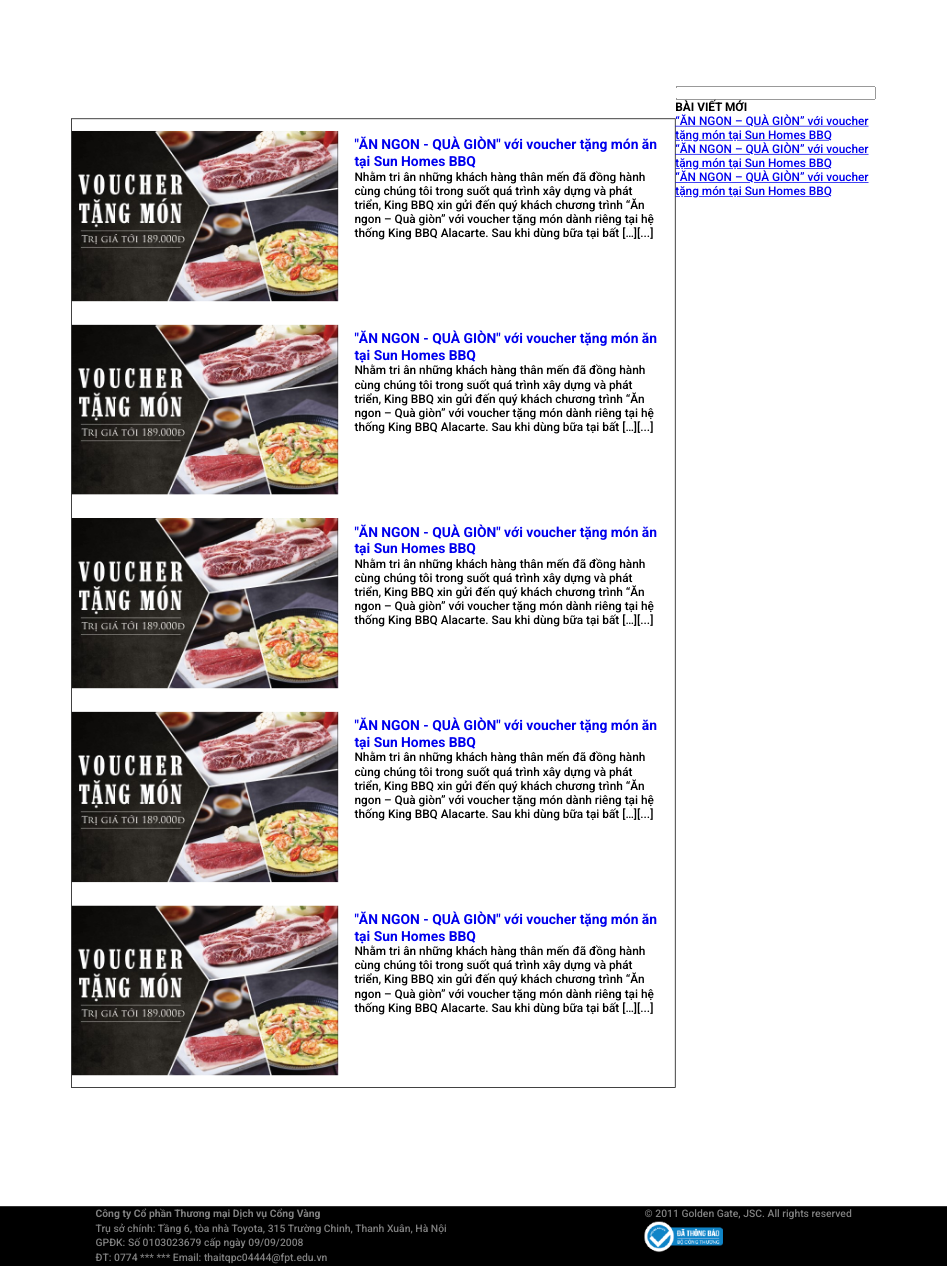
Repository: QUANGTHAI2003/sunhomesbbq
Page: TinTuc.html
The author's editor kept a copy of each file at every save. The page is drawn from the files as they stood at one save, then again after the next save.
The browser window is 1280 px wide. The pictures show the whole page, at 74% of full size.
Some web fonts or font styles are not loaded; a fallback is used.

Above is the page before, as saved 2022-02-15 15:36:40.

### TinTuc.html
<!DOCTYPE html>
<html lang="en">
<head>
    <meta charset="UTF-8">
    <meta http-equiv="X-UA-Compatible" content="IE=edge">
    <meta name="viewport" content="width=device-width, initial-scale=1.0">
    <link href='https://unpkg.com/boxicons@2.1.1/css/boxicons.min.css' rel='stylesheet'>
    <link href="https://fonts.googleapis.com/css2?family=Roboto:wght@300;500;700&display=swap" rel="stylesheet">
    <link href="https://fonts.googleapis.com/css2?family=Berkshire+Swash&display=swap" rel="stylesheet">
    <link rel="stylesheet" href="style.css">
    <title>Document</title>
</head>
<body>
    <div class="wrapper">
        <div class="TT">
            <div class="news">
                <div class="post">
                    <img src="./img/news1.jpg" alt="">
                    <div class="content-news">
                        <a href="#">
                            <h3 class="heading-TT">"ĂN NGON - QUÀ GIÒN" với voucher tặng món ăn tại Sun Homes BBQ</h3>
                        </a>
                        <p>Nhằm tri ân những khách hàng thân mến đã đồng hành cùng chúng tôi trong suốt quá trình xây dựng và phát triển, King BBQ
                        xin gửi đến quý khách chương trình “Ăn ngon – Quà giòn” với voucher tặng món dành riêng tại hệ thống King BBQ Alacarte.
                        Sau khi dùng bữa tại bất […][...]</p>
                    </div>
                </div>
                <div class="post">
                    <img src="./img/news1.jpg" alt="">
                    <div class="content-news">
                        <a href="#">
                            <h3 class="heading-TT">"ĂN NGON - QUÀ GIÒN" với voucher tặng món ăn tại Sun Homes BBQ</h3>
                        </a>
                        <p>Nhằm tri ân những khách hàng thân mến đã đồng hành cùng chúng tôi trong suốt quá trình xây dựng và phát triển,
                            King BBQ
                            xin gửi đến quý khách chương trình “Ăn ngon – Quà giòn” với voucher tặng món dành riêng tại hệ thống King BBQ
                            Alacarte.
                            Sau khi dùng bữa tại bất […][...]</p>
                    </div>
                </div>
                <div class="post">
                    <img src="./img/news1.jpg" alt="">
                    <div class="content-news">
                        <a href="#">
                            <h3 class="heading-TT">"ĂN NGON - QUÀ GIÒN" với voucher tặng món ăn tại Sun Homes BBQ</h3>
                        </a>
                        <p>Nhằm tri ân những khách hàng thân mến đã đồng hành cùng chúng tôi trong suốt quá trình xây dựng và phát triển,
                            King BBQ
                            xin gửi đến quý khách chương trình “Ăn ngon – Quà giòn” với voucher tặng món dành riêng tại hệ thống King BBQ
                            Alacarte.
                            Sau khi dùng bữa tại bất […][...]</p>
                    </div>
                </div>
                <div class="post">
                    <img src="./img/news1.jpg" alt="">
                    <div class="content-news">
                        <a href="#">
                            <h3 class="heading-TT">"ĂN NGON - QUÀ GIÒN" với voucher tặng món ăn tại Sun Homes BBQ</h3>
                        </a>
                        <p>Nhằm tri ân những khách hàng thân mến đã đồng hành cùng chúng tôi trong suốt quá trình xây dựng và phát triển,
                            King BBQ
                            xin gửi đến quý khách chương trình “Ăn ngon – Quà giòn” với voucher tặng món dành riêng tại hệ thống King BBQ
                            Alacarte.
                            Sau khi dùng bữa tại bất […][...]</p>
                    </div>
                </div>
                <div class="post">
                    <img src="./img/news1.jpg" alt="">
                    <div class="content-news">
                        <a href="#">
                            <h3 class="heading-TT">"ĂN NGON - QUÀ GIÒN" với voucher tặng món ăn tại Sun Homes BBQ</h3>
                        </a>
                        <p>Nhằm tri ân những khách hàng thân mến đã đồng hành cùng chúng tôi trong suốt quá trình xây dựng và phát triển,
                            King BBQ
                            xin gửi đến quý khách chương trình “Ăn ngon – Quà giòn” với voucher tặng món dành riêng tại hệ thống King BBQ
                            Alacarte.
                            Sau khi dùng bữa tại bất […][...]</p>
                    </div>
                </div>
            </div>
            <div class="search-news">
                <input type="search" name="" id="">
                <p><strong>BÀI VIẾT MỚI</strong></p>
                <a href="#">“ĂN NGON – QUÀ GIÒN” với voucher tặng món tại Sun Homes BBQ</a>
                <a href="#">“ĂN NGON – QUÀ GIÒN” với voucher tặng món tại Sun Homes BBQ</a>
                <a href="#">“ĂN NGON – QUÀ GIÒN” với voucher tặng món tại Sun Homes BBQ</a>
            </div>
        </div>
    </div>
    <div class="footer">
        <div class="copyright">
            <div class="address">
                <b>Công ty Cổ phần Thương mại Dịch vụ Cổng Vàng</b> <br>
                Trụ sở chính: Tầng 6, tòa nhà Toyota, 315 Trường Chinh, Thanh Xuân, Hà Nội <br>
                GPĐK: Số 0103023679 cấp ngày 09/09/2008 <br>
                ĐT: 0774 *** *** Email: thaitqpc04444@fpt.edu.vn <br>
            </div>
            <div class="logo-footer">
                © 2011 Golden Gate, JSC. All rights reserved <br>
                <img src="img/logo.png" alt="">
            </div>
        </div>
    </div>
</body>
</html>

### style.css
* {
    margin: 0;
    padding: 0;
    box-sizing: border-box;
}

html {
    scroll-behavior: smooth;
    font-family: 'Roboto', sans-serif;
}
.container {
    overflow: hidden;
}

.header {
    height: 100px;
    background-color: #000;
    position: fixed;
    top: 0;
    right: 0;
    left: 0;
}

.header img {
    padding: 8px;
    width: 350px;
}
/* Navigation bar */

.nav {
    max-width: 85%;
    display: flex;
    flex-wrap: wrap;
}

#logo {
    float: left;
    padding: 0 100px;
}

@media screen and (max-width: 1400px) {
    #logo {
        padding: 6px 50px;
    }
    .header img {
        width: 300px;
    }
    .nav a {
        font-size: 14px;
    }
}

.nav > ul {
    flex-wrap: wrap;
}

.nav li {
    list-style: none;
    line-height: 100px;
    font-weight: 500;
}

.nav li a {
    color: #c6c6c6;
    padding: 6px 15px;
    text-decoration: none;
}
.nav li a:active,
.nav li a:hover {
    color: #f3e385;
    font-weight: bold;
}
.nav li:active a {
    color: #f3e385;
    font-weight: bold;
}

.nav li:last-child a {
    border: 1px solid #c6c6c6;
    border-radius: 5px;
    text-transform: none;
}

.nav li:last-child a:hover {
    background-color: #f3e385;
    color: #000;
}
/* Content */
.content {
    height: 100vh;
}

.section-heading {
    font-family: 'Berkshire Swash', cursive;
    font-size: 30px;
    letter-spacing: 2px;
    word-spacing: 8px;
}

.content-section-sunhomes {
    display: flex;
    max-width: 85%;
    background-size: cover;
    background-position: 50% 50%;
    margin: 0 auto;
    padding: 24px;
}

.section-left-sunhomes {
    padding: 0 15px 30px;
    width: 50%;
}

.section-left-sunhomes .section-heading {
    font-size: 50px;
    margin: 0 0 15px;
}

.section-left-sunhomes .section-content {
    font-size: 16px;
    margin: 0 0 20px;
    line-height: 1.4;
    color: #777777;
}

.section-left-sunhomes .section-content span {
    font-weight: 700;
}
.section-images-sunhomes {
    flex-basis: 50%;
}

.section-images-sunhomes img {
    width: 300px;
    height: 400px;
    flex-basis: 50%;
    padding: 15px;
}

@media screen and (max-width: 1480px) {
    .section-images-sunhomes img {
        width: 280px;
    }
}

@media screen and (max-width: 1400px) {
    .section-images-sunhomes img {
        width: 250px;
    }
}

@media screen and (max-width: 1280px) {
    .section-images-sunhomes img {
        width: 200px;
    }
}

.img-1 {
    display: inline-block;
    overflow: hidden;
    position: relative;
}

.img-1 img {
    transition: all 0.5s ease-in-out;
}

.img-1:hover img {
    -webkit-transform: scale(1.1);
    transform: scale(1.1);
}

.img-2 {
    display: inline-block;
    overflow: hidden;
    position: relative;
}

.img-2 img {
    transition: all 0.5s ease-in-out;
}

.img-2:hover img {
    -webkit-transform: scale(1.1);
    transform: scale(1.1);
}

.content-section-menu {
    display: flex;
    max-width: 85%;
    background-size: cover;
    background-position: 50% 50%;
    margin: 0 auto;
    padding: 24px;
}
.section-images-menu {
    display: flex;
}

.section-right-menu {
    flex: 1;
    padding: 30px 30px;
}

.section-right-menu .section-heading {
    color: #c0c0c0;
    font-size: 50px;
    margin: 0 15px;
}

.section-right-menu .section-content {
    font-size: 16px;
    margin: 0 20px;
    line-height: 1.4;
    color: #777777;
}

.section-right-menu .section-content span {
    font-weight: 700;
}
.section-images-menu {
    flex: 1;
}

.img-3 {
    filter: grayscale(100%);
}

.img-3:hover {
    filter: grayscale(0%);
    transition: 0.8s;
}

.img-4 {
    filter: grayscale(100%);
}

.img-4:hover {
    filter: grayscale(0%);
    transition: 0.8s;
}

.img-5 {
    filter: grayscale(100%);
}

.img-5:hover {
    filter: grayscale(0%);
    transition: 0.8s;
}

.img-6 {
    filter: grayscale(100%);
}

.img-6:hover {
    filter: grayscale(0%);
    transition: 0.8s;
}

.section-images-menu img {
    width: 280px;
    height: 200px;
    flex-basis: 25%;
    padding: 15px;
}

.bg-menu {
    background-color: #000;
    height: 480px;
}

.btn-menu {
    display: inline-block;
    color: #c0c0c0;
    font-size: 18px;
    padding: 10px 20px;
    border: 1px solid #c6c6c6;
    border-radius: 5px;
    text-transform: none;
    margin: 12px 20px;
}

.btn-menu:hover {
    color: #555;
    background: #ccc;
    font-weight: bold;
}

.btn-menu .icon-menu {
    color: #c0c0c0;
    font-size: 16px;
}

.btn-menu:hover .icon-menu {
    color: #555;
    background: #ccc;
    font-weight: bold;
}

.icon-menu:hover {
    color: #ccc;
    background: #000;
}

.btn-res {
    display: inline-block;
    color: #727272;
    font-size: 18px;
    padding: 10px 20px;
    border: 1px solid #727272;
    border-radius: 5px;
    text-transform: none;
    font-weight: bold;
}

.btn-res:hover {
    color: #ccc;
    background: #555;
    font-weight: bold;
}

.btn-res .icon-menu {
    color: #000;
    font-size: 16px;
}

/* Footer */
.footer {
    background: #000;
    font-size: 14px;
    line-height: 1.4;
}

.copyright {
    display: flex;
    max-width: 80%;
    margin: 0 auto;
    justify-content: space-between;
    color: #ffffff80;
    padding: 1px;
    bottom: 0;
    top: 0;
}

.sign-now {
    background: url(./img/banner.jpg);
    background-color: rgba(0, 0, 0, 0.84);
    width: 100%;
    height: 100px;
    background-size: 100%;
}

.endow {
    max-width: 80%;
    margin: 0 auto;
    opacity: 1;
}

.sign-now span {
    color: black;
    line-height: 100px;
    margin: 0 20px;
    font-size: 18px;
    font-weight: 500;
}

.sign-now .endow #Email {
    width: 360px;
    height: 40px;
    border-radius: 20px;
    padding: 0 15px;
    margin: 0 5px 0 120px;
    background: rgba(204, 204, 204, 0.4);
    outline: none;
}

.sign-now .endow #Email::placeholder {
    color: #fff;
    font-size: 18px;
}

.sign-now .endow #sign {
    width: 150px;
    height: 40px;
    border-radius: 8px;
    background: #f3e385;
}

.sign-now .endow #sign::placeholder {
    color: #000;
    font-size: 18px;
    font-weight: bold;
}

.sign-now .endow #sign:hover {
    opacity: 0.8;
}

@media screen and (max-width: 1400px) {
    .sign-now span {
        font-size: 16px;
    }

    .sign-now .endow #Email {
        margin: 0 5px 0 60px;
        width: 200px;
    }

    .sign-now .endow #sign {
        width: 120px;
    }
}

.brand {
    display: flex;
    height: 100px;
    justify-content: space-between;
    align-items: center;
    margin: 0 auto;
    max-width: 85%;
}

.brand img {
    width: 8%;
    height: 50px;
}

.brand1 {
    filter: grayscale(100%);
}

.brand1:hover {
    filter: grayscale(0%);
    transition: 0.8s;
}

.brand2 {
    filter: grayscale(100%);
}

.brand2:hover {
    filter: grayscale(0%);
    transition: 0.8s;
}

.brand3 {
    filter: grayscale(100%);
}

.brand3:hover {
    filter: grayscale(0%);
    transition: 0.8s;
}

.brand4 {
    filter: grayscale(100%);
}

.brand4:hover {
    filter: grayscale(0%);
    transition: 0.8s;
}

.brand5 {
    filter: grayscale(100%);
}

.brand5:hover {
    filter: grayscale(0%);
    transition: 0.8s;
}

.brand6 {
    filter: grayscale(100%);
}

.brand6:hover {
    filter: grayscale(0%);
    transition: 0.8s;
}

.brand7 {
    filter: grayscale(100%);
}

.brand7:hover {
    filter: grayscale(0%);
    transition: 0.8s;
}

.brand8 {
    filter: grayscale(100%);
}

.brand8:hover {
    filter: grayscale(0%);
    transition: 0.8s;
}

.brand9 {
    filter: grayscale(100%);
}

.brand9:hover {
    filter: grayscale(0%);
    transition: 0.8s;
}

.brand10 {
    filter: grayscale(100%);
}

.brand10:hover {
    filter: grayscale(0%);
    transition: 0.8s;
}

#myBtn {
    position: fixed;
    bottom: 30px;
    right: 10px;
    float: right;
    right: 5%;
    left: 95%;
    max-width: 30px;
    width: 80px;
    height: 30px;
    font-size: 20px;
    border-color: rgba(85, 85, 85, 0.2);
    background-color: rgb(100, 100, 100);
    padding: 1px;
    border-radius: 60px;
}

.arrow {
    font-size: 20px;
    padding: 1px 0;
}

#myBtn:hover {
    opacity: 0.8;
}

/* Gioi Thieu */
.wrapper {
    display: flex;
    max-width: 85%;
    margin: 0 auto;
}

.heading-GT {
    display: inline-block;
    font-size: 24px;
    padding: 10px 90px;
    font-weight: bold;
}

.para-GT {
    line-height: 1.4;
    margin: 20px 0;
    color: #777777;
}

.Gioi-Thieu1,
.Gioi-Thieu2 {
    width: 600px;
    margin: 30px 30px;
}

.Gioi-Thieu1 img,
.Gioi-Thieu2 img {
    width: 600px;
}

@media screen and (max-width: 1400px) {
    .Gioi-Thieu1,
    .Gioi-Thieu2 {
        width: 500px;
        margin: 30px 15px;
    }

    .Gioi-Thieu1 img,
    .Gioi-Thieu2 img {
        width: 500px;
    }

    .heading-GT {
        display: inline-block;
        font-size: 20px;
        padding: 10px 70px;
        font-weight: bold;
    }
}

/* Dat Ban */

.DB {
    display: flex;
}

.set-table {
    margin: 30px 12px;
    flex: 1;
}

.set-table p {
    margin: 16px 0;
}

.set-table ul {
    list-style: none;
    margin-bottom: 80px;
}

.set-table ul li {
    margin: 8px 0;
    padding: 6px;
    border-bottom: 1px solid rgba(0, 0, 0, 0.4);
    color: #777777;
    font-size: 16px;
}

.set-table ul li .arrow-right {
    margin-right: 6px;
}

.heading-DB {
    font-size: 40px;
    font-family: 'Berkshire Swash';
}

.set-table-info {
    margin: 25px 12px 15px;
    flex: 1;
}

.set-table-info input {
    border: 1px solid #c6c6c6;
    display: inline-block;
    width: 90%;
    height: 40px;
    margin: 8px 0;
    border-radius: 4px;
    padding: 0 5px;
    outline: none;
    box-shadow: rgba(0, 0, 0, 0.35) 0px 5px 15px;
}

.set-table-info input:focus {
    box-shadow: inset rgba(0, 0, 0, 0.35) 0px 5px 15px;
}

.wrapper .set-table-info #sign {
    width: 140px;
    background-color: #f3e385;
    font-size: 16px;
}

.wrapper .set-table-info #sign:hover {
    box-shadow: inset rgba(0, 0, 0, 0.35) 0px 5px 15px;
    opacity: 0.8;
    cursor: pointer;
    font-weight: bold;
}

/* Thuc don */

.heading-menu {
    display: inline-block;
    position: relative;
    left: 50%;
    transform: translateX(-50%);
    font-size: 36px;
    font-weight: bold;
    padding: 24px;
}

.heading-food {
    margin: 10px 12px;
    font-size: 26px;
    font-weight: bold;
}

.contain {
    width: 85%;
    margin: 0 auto;
    padding: 40px;
    border: 1px solid #c6c6c6;
}

.menu-foods {
    display: flex;
    flex-wrap: wrap;
}

.menu-food {
    width: 360px;
    height: 200px;
    margin: 0 20px 520px 20px;
}

.menu-food .food {
    width: 380px;
    border-radius: 4px;
}

.list-food ul {
    list-style: none;
}

.list-food ul li {
    font-size: 18px;
    border-bottom: 1px solid rgba(148, 134, 134, 0.26);
    padding: 5px 0;
}

.list-food ul li .bx-check {
    margin: 0 8px;
    color: rgba(16, 134, 5, 0.6);
    font-weight: bold;
    font-size: 24px;
}

/* Tuyen dung */

.TD {
    display: flex;
    margin-bottom: 10px;
}

.heading-recruit {
    font-size: 40px;
    font-weight: bold;
    font-family: 'Berkshire Swash';
    padding-top: 20px;
}

.recruit {
    flex: 1;
    margin-right: 30px;
    display: inline-block;
}

.recruit p {
    padding-top: 20px;
    color: #777777;
}

.recruit ul {
    padding-top: 20px;
    list-style: none;
}

.recruit ul li {
    padding: 6px;
    margin: 8px 0;
    border-bottom: 1px solid rgba(0, 0, 0, 0.4);
    font-size: 16px;
    color: #777777;
}

.recruit ul li .bx-check {
    margin: 0 8px;
    color: rgba(16, 134, 5, 0.6);
    font-weight: bold;
    font-size: 24px;
}

.recruit p a {
    color: #334862;
    text-decoration: none;
}

.recruit p a:hover {
    color: #000;
}

.img-TD {
    margin-left: 30px;
    flex: 1;
}

.img-TD img {
    width: 100%;
    height: 70%;
    margin: 16px 8px;
    padding-top: 30px;
}

/* Lien he */

.LH {
    display: flex;
}

.info-LH {
    flex: 1;
}
.heading-LH {
    font-size: 40px;
    font-weight: bold;
    font-family: 'Berkshire Swash';
    padding-top: 20px;
}
.info-LH p {
    padding-top: 20px;
    color: #777777;
}

.info-LH ul {
    padding-top: 20px;
    list-style: none;
}

.info-LH ul li {
    padding: 6px;
    margin: 8px 0;
    font-size: 16px;
    color: #777777;
}
.enter-info {
    flex: 1;
    margin: 25px 12px 15px;
}

.enter-info input {
    border: 1px solid #c6c6c6;
    display: inline-block;
    width: 90%;
    height: 40px;
    margin: 8px 0;
    border-radius: 4px;
    padding: 0 5px;
    outline: none;
    box-shadow: rgba(0, 0, 0, 0.35) 0px 5px 15px;
}

.enter-info input:hover {
    box-shadow: inset rgba(0, 0, 0, 0.35) 0px 5px 15px;
}

.enter-info textarea {
    border: 1px solid #c6c6c6;
    display: inline-block;
    width: 90%;
    margin: 8px 0;
    border-radius: 4px;
    padding: 5px;
    outline: none;
    box-shadow: rgba(0, 0, 0, 0.35) 0px 5px 15px;
}

.enter-info textarea:hover {
    box-shadow: inset rgba(0, 0, 0, 0.35) 0px 5px 15px;
}

/* Tin tuc */

.TT {
    display: flex;
    max-height: 100%;
}

.news {
    display: flex;
    flex-direction: column;
    justify-content: space-between;
    flex: 3;
    margin: 160px 0;
    border: 1px solid #000;
}

.content-news {
    padding: 8px 6px;
    margin: 0 16px;
}

.content-news a {
    padding: 4px 0;
    text-decoration: none;
}

.heading-TT::after {
    content: '';
    display: inline-block;
    width: 8px;
    height: 1px;
}

.search-news {
    flex: 1;
    display: flex;
    flex-direction: column;
    padding: 100px 0;
    margin: 16px 0;
}

.post {
    display: flex;
    margin: 16px 0;
}

.post img {
    width: 360px;
}

After the next save:
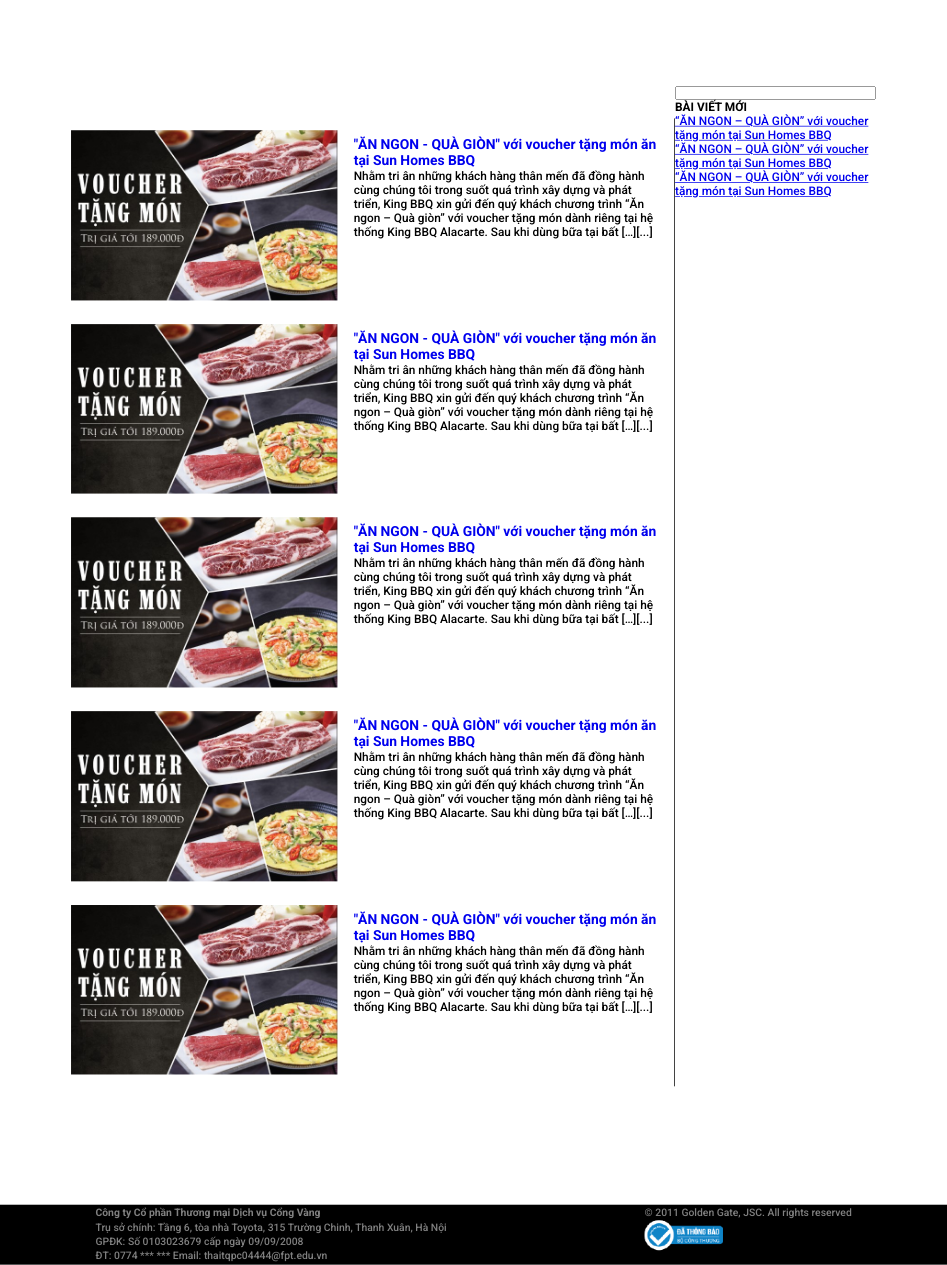
Saved 20 s later.
--- a/style.css
+++ b/style.css
@@ -868,7 +868,7 @@
     justify-content: space-between;
     flex: 3;
     margin: 160px 0;
-    border: 1px solid #000;
+    border-right: 1px solid #000;
 }
 
 .content-news {
